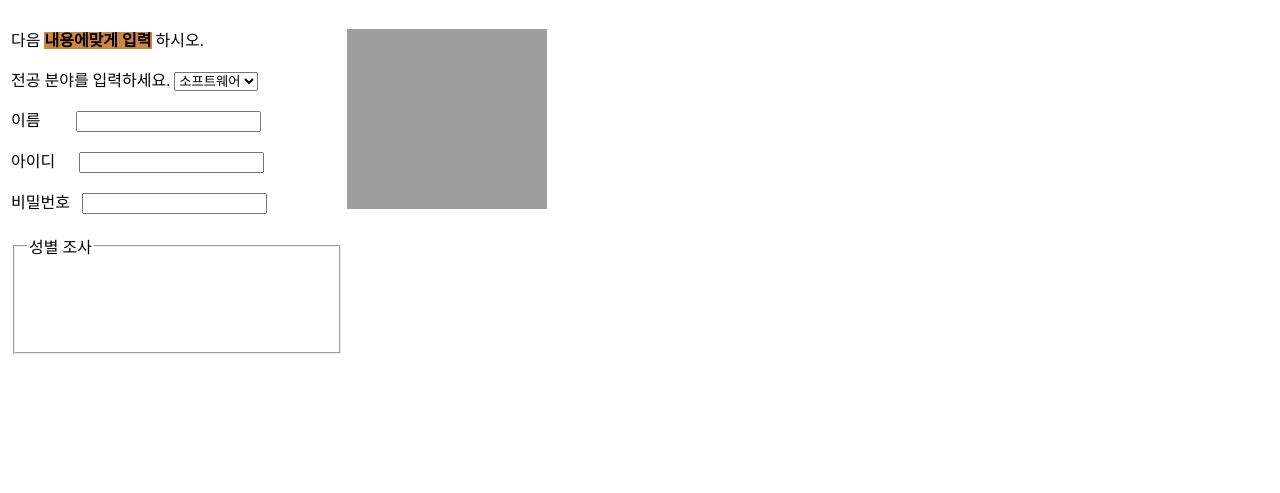
Repository: basstpgns/20201029html
Page: jsp/html/quiz03.html
The author's editor kept a copy of each file at every save. The page is drawn from the files as they stood at one save, then again after a run of saves.
The browser window is 1280 px wide. The pictures show the whole page.
Pictures or frames that could not be fetched are drawn as grey boxes.

Above is the page before, as saved 2020-10-30 02:40:00.

After the next 2 saves:
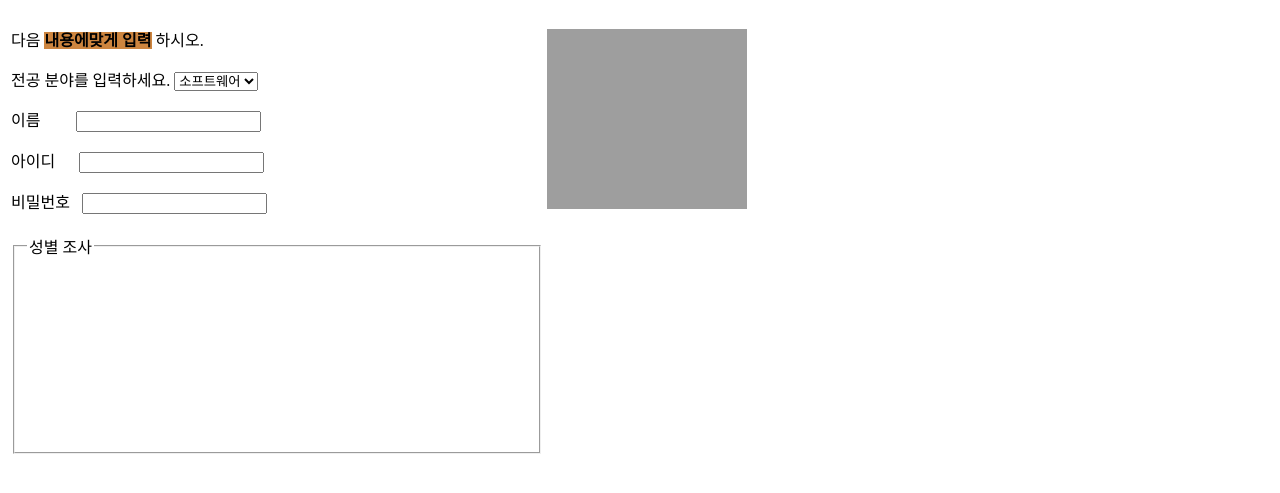
The 2 saves are shown as one change because they came seconds apart.
The last was saved 14 s later.
--- a/jsp/html/quiz03.html
+++ b/jsp/html/quiz03.html
@@ -26,7 +26,7 @@
 		</tr>
 		<tr>
 			<td>
-				<fieldset style="width: 300px; height: 100px">
+				<fieldset style="width: 500px; height: 200px">
 					<legend>
 						성별 조사
 					</legend>
